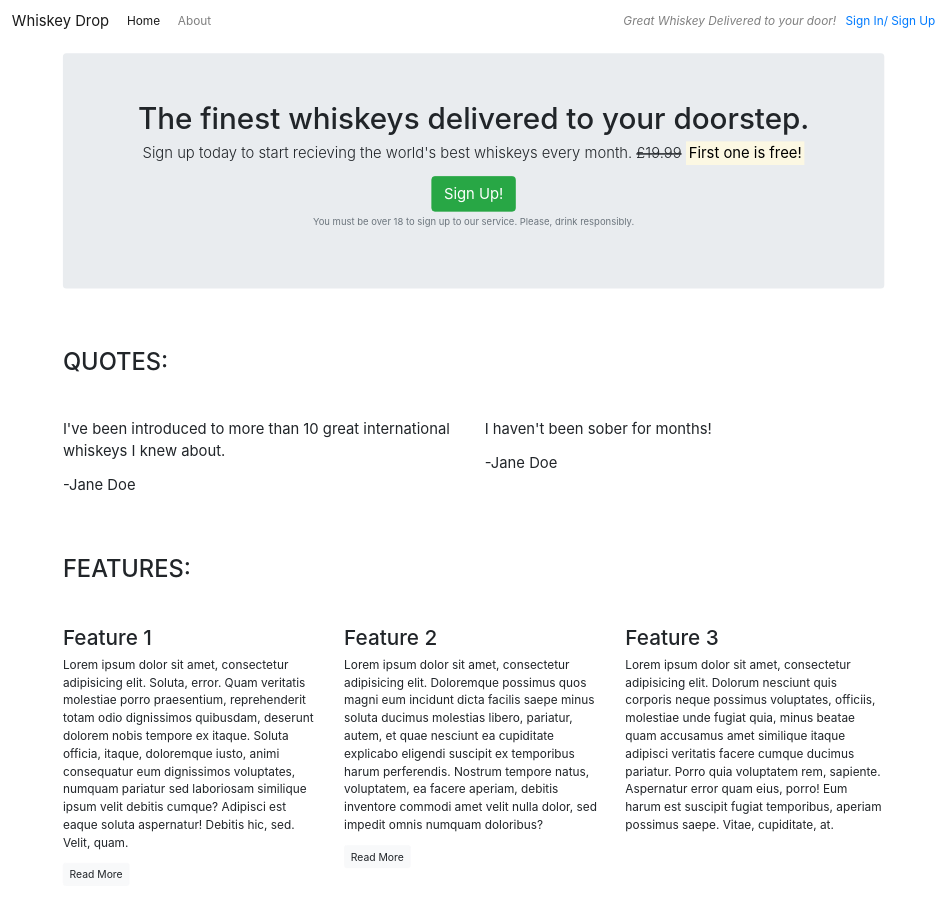
Repository: Leannald13/whiskey-project
Page: index.html
The author's editor kept a record of every edit. The page is drawn from the files as they stood at one moment, then again after the next edit.
The browser window is 1280 px wide. The pictures show the whole page, at 74% of full size.

Above is the page before.
Console error: TypeError: Cannot read properties of undefined (reading 'fn')

### index.html
<!DOCTYPE html>
<html lang="en">

<head>
    <meta charset="UTF-8">
    <meta name="viewport" content="width=device-width, initial-scale=1.0">
    <meta http-equiv="X-UA-Compatible" content="ie=edge">
    <link rel="stylesheet" href="https://stackpath.bootstrapcdn.com/bootstrap/4.1.3/css/bootstrap.min.css" integrity="sha384-MCw98/SFnGE8fJT3GXwEOngsV7Zt27NXFoaoApmYm81iuXoPkFOJwJ8ERdknLPMO" crossorigin="anonymous">
    <script src="https://stackpath.bootstrapcdn.com/bootstrap/4.1.3/js/bootstrap.min.js" integrity="sha384-ChfqqxuZUCnJSK3+MXmPNIyE6ZbWh2IMqE241rYiqJxyMiZ6OW/JmZQ5stwEULTy" crossorigin="anonymous"></script>
    <title>Whiskey Drop: Taste a new whiskey every month</title>
</head>

<body>
    <nav class="navbar navbar-light bg-navbar navbar-expand-sm">
    <a href= "/" class="navbar-brand">Whiskey Drop</a>
    <ul class="navbar-nav mr-auto">
        <li class="active nav-item mr-2"><a class="nav-link" href="/">Home</a></li>
        <li class="nav-item mr-2"><a class="nav-link" href="/about">About</a></li>
        <li class="nav-item mr-2 d-block d-sm-none"><a class="nav-link" href="/login">Sign In/ Sign Up!</a></li>
        </ul>
        <div class="d-none d-md-block">
        <p class="navbar-text my-auto mr-2"><i>Great Whiskey Delivered to your door!</i></p>
        <a href="/login">Sign In/ Sign Up</a>
        </div>
    </nav>
    <article class="container mt-3">
        <div class="row">
            <div class="col-12">
                <section class="callout jumbotron text-center">
                    <h1>The finest whiskeys delivered to your doorstep.</h1>
                    <p class="lead">Sign up today to start recieving the world's best whiskeys every month.
                        <s class="d-none d-sm-inline">£19.99</s>
                        <span class="d-inline d-sm-none"><br></span>
                        <strong><mark>First one is free!</mark></strong></p>
                    <button class="btn btn-success btn-lg">Sign Up!</button>
                    <p class="text-muted"><small>You must be over 18 to sign up to our service. Please, drink responsibly.</small></p>
                </section>
            </div>
        </div>
        <section class="quotes">
            <div class="row">
                <div class="col-12 my-5">
                    <h2 class="text-uppercase">Quotes:</h2>
                </div>
            </div>
            <div class="row">
                <div class="col-12 col-md-6">
                    <div class="media">
                    <blockquote class="blockquote">
                        <p>I've been introduced to more than 10 great international whiskeys I knew about.</p>
                        <p>-Jane Doe</p>
                    </blockquote>
                    </div>
                </div>
                <div class="col-12 col-md-6">
                    <blockquote class="blockquote">
                        <p>I haven't been sober for months!</p>
                        <p>-Jane Doe</p>
                    </blockquote>
                </div>
            </div>
        </section>
        <section class="features">
            <div class="row">
                <div class="col-12 my-5">
                    <h2 class="text-uppercase">Features:</h2>
                </div>
            </div>
            <div class="row">
                <div class="col-12 col-md-6 col-lg-4">
                    <div class="feature">
                        <h3>Feature 1</h3>
                        <p>Lorem ipsum dolor sit amet, consectetur adipisicing elit. Soluta, error. Quam veritatis molestiae porro praesentium, reprehenderit totam odio dignissimos quibusdam, deserunt dolorem nobis tempore ex itaque. Soluta officia, itaque,
                            doloremque iusto, animi consequatur eum dignissimos voluptates, numquam pariatur sed laboriosam similique ipsum velit debitis cumque? Adipisci est eaque soluta aspernatur! Debitis hic, sed. Velit, quam.</p>
                        <p><a class="btn btn-sm btn-light" href="">Read More</a></p>
                    </div>
                </div>
                <div class="col-12 col-md-6 col-lg-4">
                    <div class="feature">
                        <h3>Feature 2</h3>
                        <p>Lorem ipsum dolor sit amet, consectetur adipisicing elit. Doloremque possimus quos magni eum incidunt dicta facilis saepe minus soluta ducimus molestias libero, pariatur, autem, et quae nesciunt ea cupiditate explicabo eligendi
                            suscipit ex temporibus harum perferendis. Nostrum tempore natus, voluptatem, ea facere aperiam, debitis inventore commodi amet velit nulla dolor, sed impedit omnis numquam doloribus?</p>
                        <p><a class="btn btn-sm btn-light" href="">Read More</a></p>
                    </div>
                </div>
                <div class="col-12 d-md-none d-lg-block col-lg-4">
                    <div class="feature">
                        <h3>Feature 3</h3>
                        <p>Lorem ipsum dolor sit amet, consectetur adipisicing elit. Dolorum nesciunt quis corporis neque possimus voluptates, officiis, molestiae unde fugiat quia, minus beatae quam accusamus amet similique itaque adipisci veritatis facere
                            cumque ducimus pariatur. Porro quia voluptatem rem, sapiente. Aspernatur error quam eius, porro! Eum harum est suscipit fugiat temporibus, aperiam possimus saepe. Vitae, cupiditate, at.</p>
                    </div>
                </div>
            </div>


        </section>
    </article>

</body>

</html>

After the next edit:
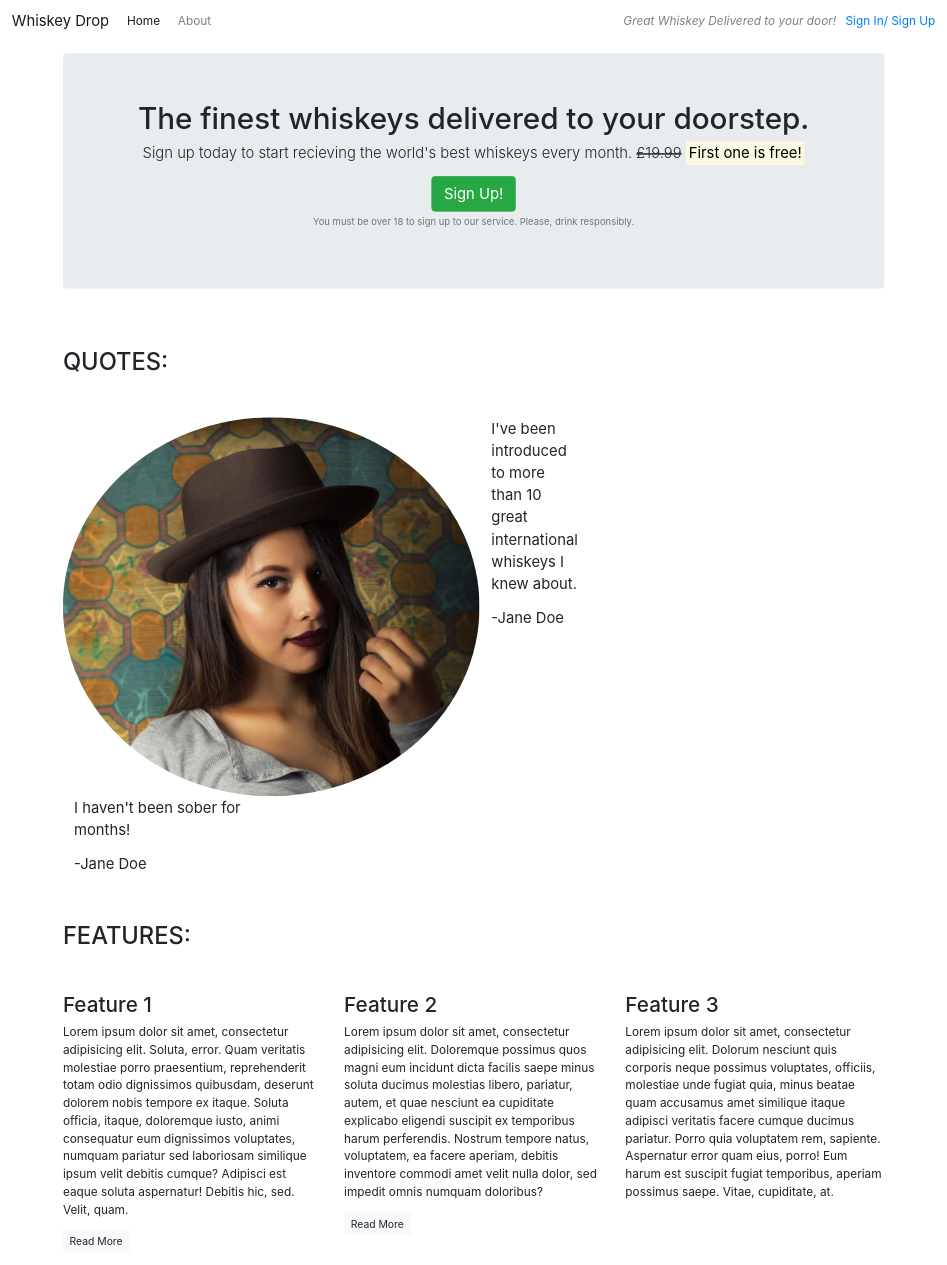
The edit:
--- a/index.html
+++ b/index.html
@@ -46,6 +46,8 @@
             <div class="row">
                 <div class="col-12 col-md-6">
                     <div class="media">
+                    <img src="images/girl-image.png" class="rounded-circle mr-3 height=100 weight=100">
+                    <div class="media-body">
                     <blockquote class="blockquote">
                         <p>I've been introduced to more than 10 great international whiskeys I knew about.</p>
                         <p>-Jane Doe</p>
